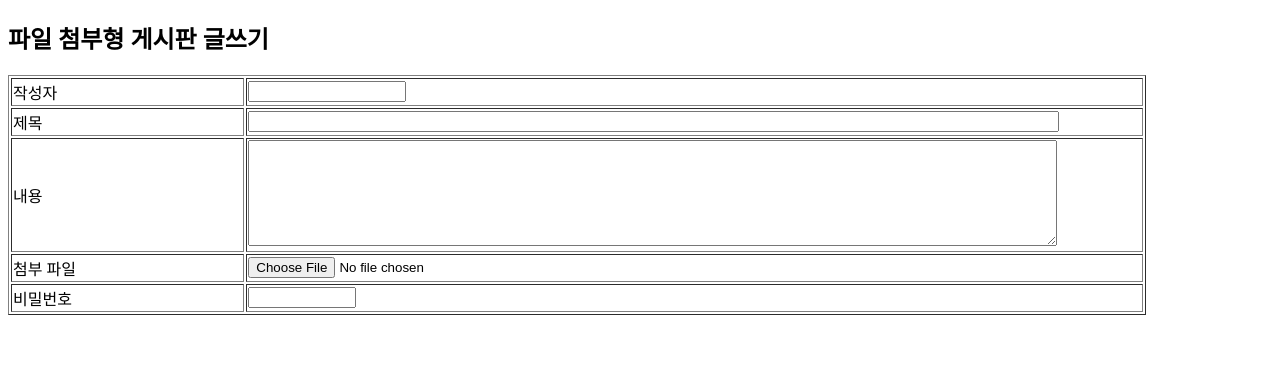
Repository: parkho96/testnum2
Page: http://localhost/jspstudy/m2board/write.do
The author's editor kept a copy of each file at every save. The page is drawn from the files as they stood at one save, then again after the next save.
The browser window is 1280 px wide. The pictures show the whole page.
The page is served by Tomcat 9.

Above is the page before, as saved 2023-04-12 05:49:19.

After the next save:
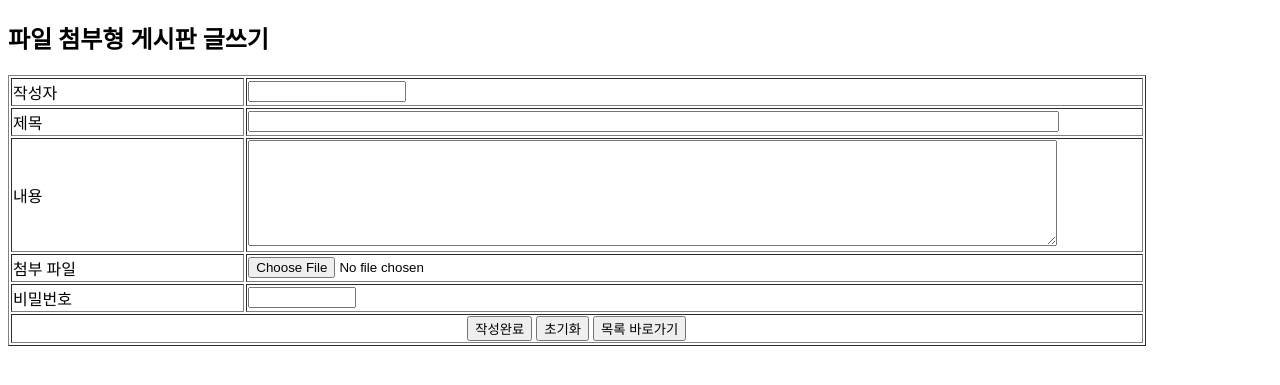
Saved 118 s later.
--- a/workjsp/jspstudy/src/main/webapp/14M2Board/Write.jsp
+++ b/workjsp/jspstudy/src/main/webapp/14M2Board/Write.jsp
@@ -41,7 +41,15 @@
 					<input type="password" name="pass" style="width:100px;"/>
 				</td>
 			</tr>
-
+			<tr>
+				<td colspan="2" align="center">
+					<button type="submit">작성완료</button>
+					<button type="reset">초기화</button>
+					<button type="button" onclick="location.href='../m2board/list.do'">
+						목록 바로가기
+					</button>
+				</td>
+			</tr>
 
 		</table>
 	</form>
